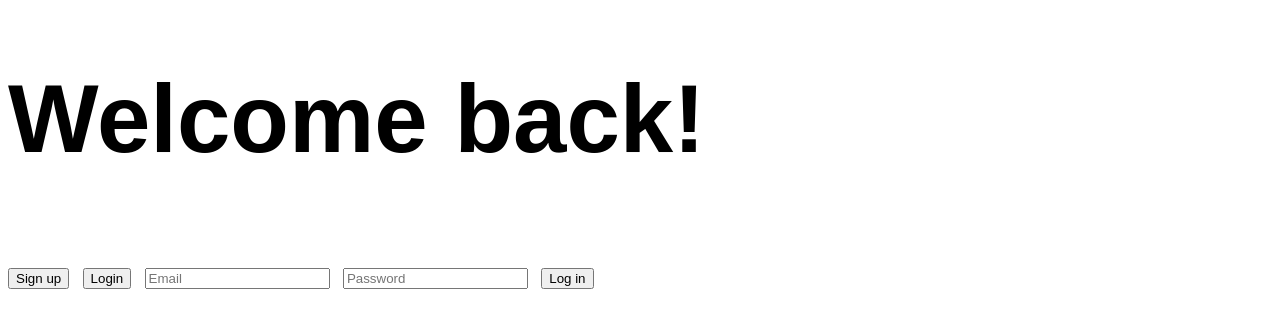
Repository: NicolasssCarlos/basic-flask-login
Page: http://localhost/
The author's editor kept a copy of each file at every save. The page is drawn from the files as they stood at one save, then again after the next save.
The browser window is 1280 px wide. The pictures show the whole page.
The page is served by the project's application, run on Flask 3 (app.py).

Above is the page before, as saved 2025-06-11 20:00:59.

After the next save:
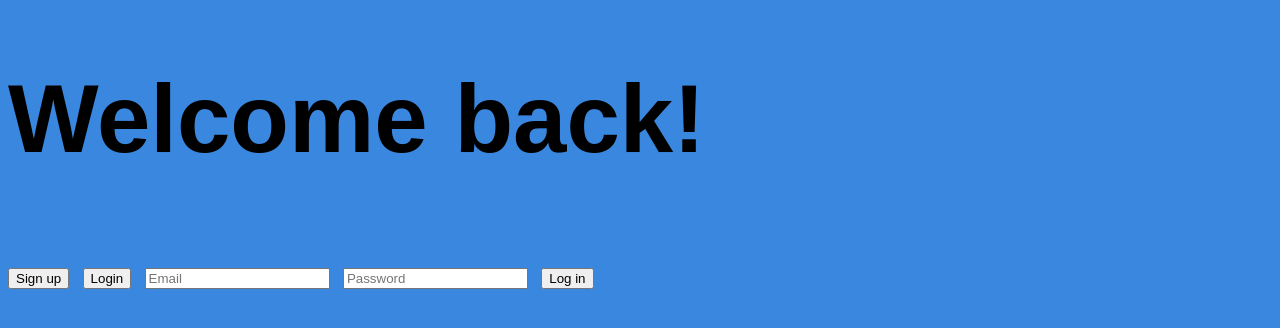
Saved 59 s later.
--- a/static/main.css
+++ b/static/main.css
@@ -5,4 +5,7 @@
 
 
     font-size: 3rem;
+
+
+    background-color: #3a87df;
 }
